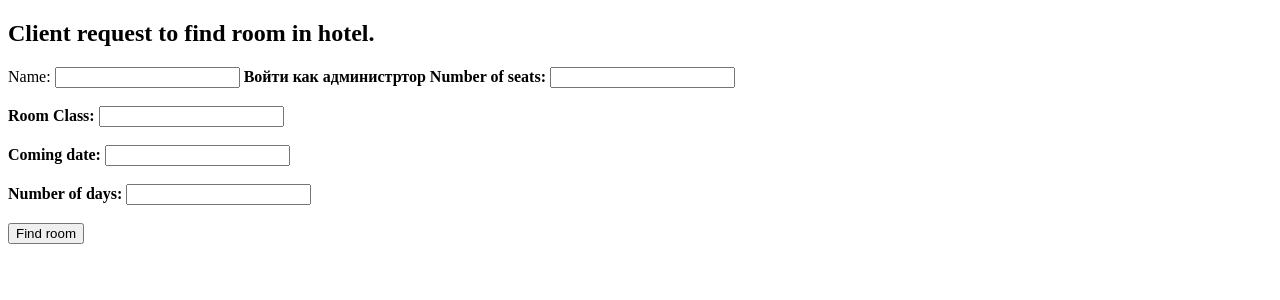
Repository: milosh-alexandr-by/ItAcademyJavaDeveloper
Page: http://localhost/HotelRequestSystem/ClientServlet.jsp
The author's editor kept a copy of each file at every save. The page is drawn from the files as they stood at one save, then again after the next save.
The browser window is 1280 px wide. The pictures show the whole page.
The page is served by Tomcat 9.

Above is the page before, as saved 2015-12-12 21:53:44.

After the next save:
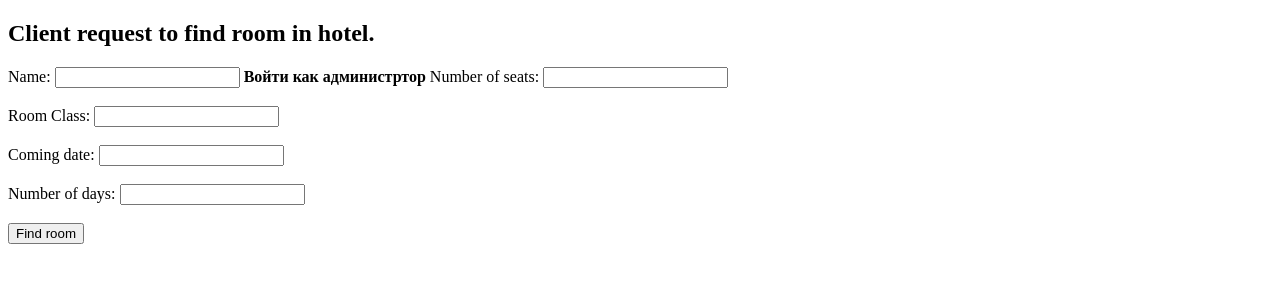
Saved 39 s later.
--- a/Project_WEB/HotelRequestSystem/WebContent/ClientServlet.jsp
+++ b/Project_WEB/HotelRequestSystem/WebContent/ClientServlet.jsp
@@ -11,7 +11,7 @@
 	<h2>Client request to find room in hotel.</h2>
 
 	<form action="HotelRequestSystem" method="GET">
-		Name: <input type="text" name="Name" /> <right><strong>Войти как администртор</right></center>
+		Name: <input type="text" name="Name" /> <right><strong>Войти как администртор</strong></right>
 		Number of seats: <input type="text" name="NumberOfSeats" /> <br/><br/>
 		Room Class: <input type="text" name="RoomClass" /> <br/><br/>
 		Coming date: <input type="text" name="ComingDate" /> <br/><br/>
